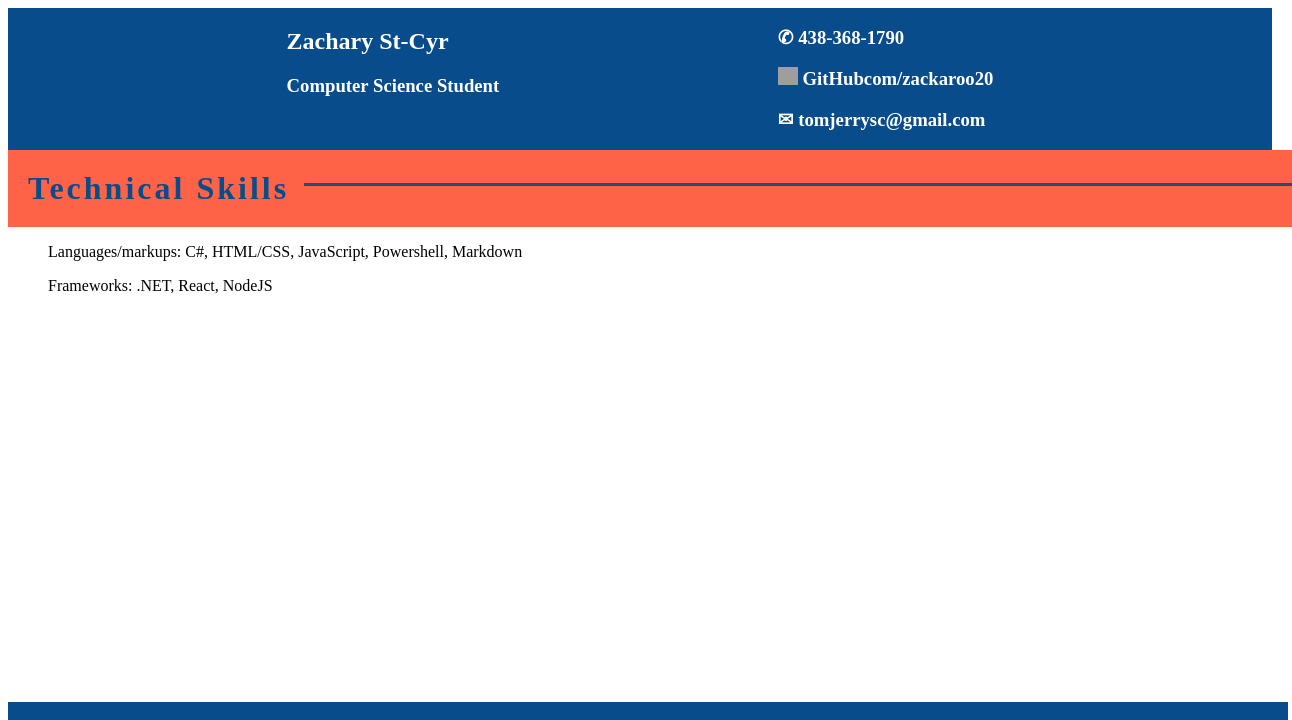
Repository: zackaroo20/Resume-CV
Page: CV.html
These files come from the project's save history. The page is drawn as it stood at one moment and after the next save; the edit follows.
The browser window is 1280 px wide. The page is 1292 px wide, so the pictures cover 1292 px, including what lies to the right of the window. The pictures show the whole page.
Pictures or frames that could not be fetched are drawn as grey boxes.

Above is the page before, as saved 2026-03-02 16:15:14.

After the next save:
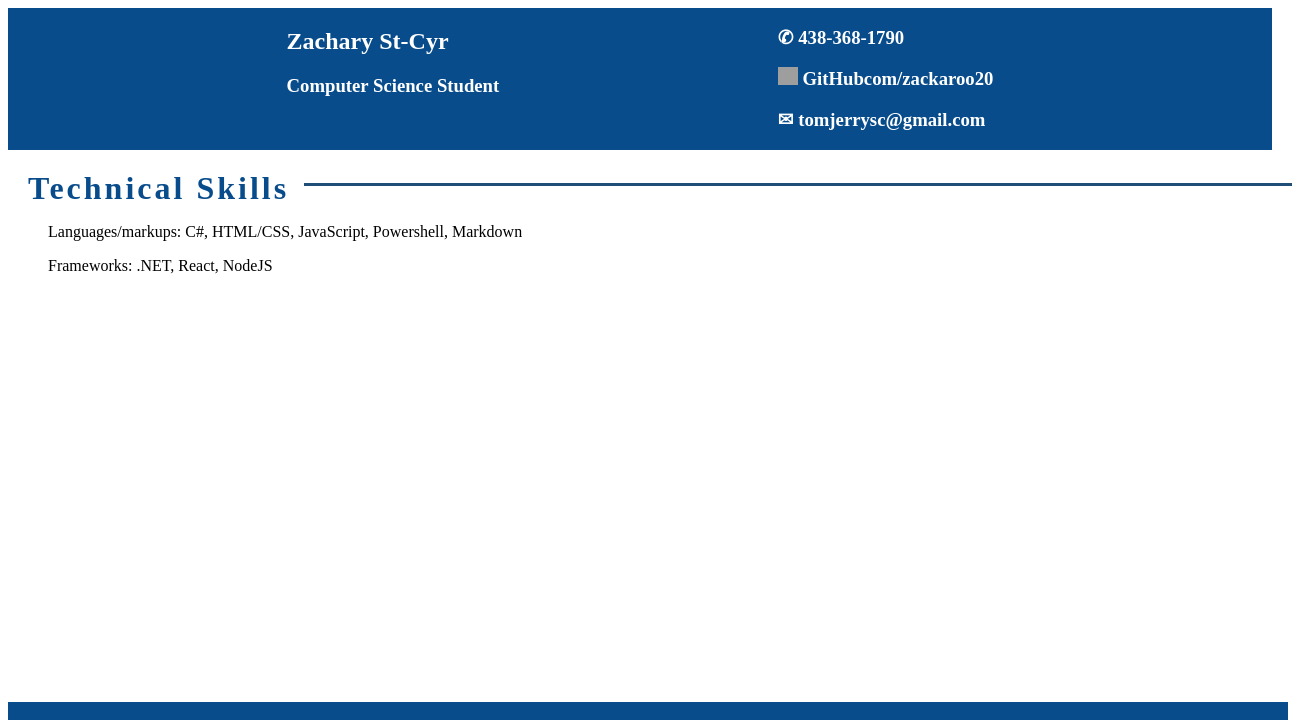
Saved 2 min 50 s later.
--- a/CV.css
+++ b/CV.css
@@ -8,14 +8,18 @@ header{
 
 }
 .subdiv{
-    background-color: tomato;
+
     width: 100%;
     padding-left: 20px;
     padding-top: 20px;
-    padding-bottom: 20px;
+
     display: flex;
     flex-direction: row;
     align-items: center;
+}
+.subdiv2{
+    position: relative;
+    left: 0px;
 }
 
 .dash{
